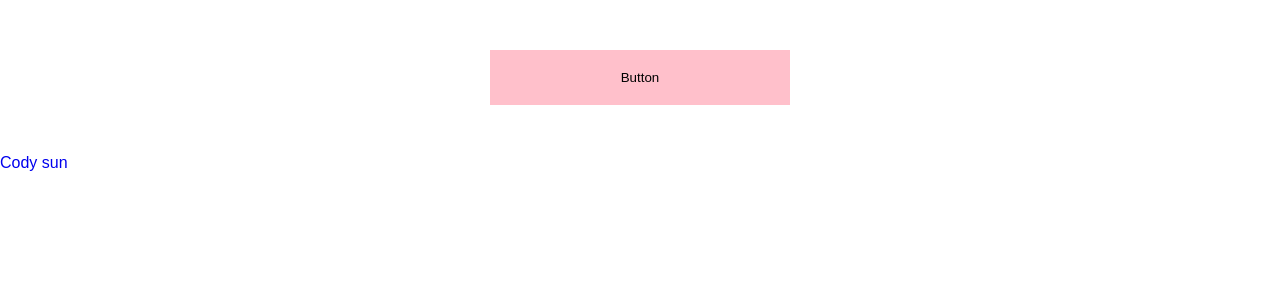
Repository: codysun1912/Javascript-coures
Page: index.html
The author's editor kept a copy of each file at every save. The page is drawn from the files as they stood at one save, then again after the next save.
The browser window is 1280 px wide. The pictures show the whole page.

Above is the page before, as saved 2022-02-25 13:59:13.

### index.html
<!DOCTYPE html>
<html lang="en">
<head>
    <meta charset="UTF-8">
    <meta http-equiv="X-UA-Compatible" content="IE=edge">
    <meta name="viewport" content="width=device-width, initial-scale=1.0">
    <title>Javascript</title>
    <link rel="stylesheet" href="./css/app.css">
    <!-- <link rel="stylesheet" href="./css/reset.css"> -->
</head>
<body>
    <button class = "button">
        <span>Button</span>
    </button>
    <a href="http://evondev.com" class ="link">Cody sun</a>
    <script src="./Event/click.js"></script>
</body>
</html>

### css/app.css
html {
    box-sizing: border-box;
  }
  * {
    margin: 0;
    padding: 0;
  }
  *,
  *:before,
  *:after {
    box-sizing: border-box;
  }
  input,
  textarea,
  select,
  button {
    outline: none;
  }
  input {
    line-height: normal;
  }
  label,
  button {
    cursor: pointer;
  }
  a {
    text-decoration: none;
  }
  img {
    display: block;
    max-width: 100%;
  }
  *,
  *:before,
  *:after {
    box-sizing: border-box;
  }
  /* using rem unit */
  html {
    font-size: 62.5%;
  }
  a {
    text-decoration: none;
  }
  img {
    display: block;
    max-width: 100%;
  }
  body {
    font-family: "Poppins", sans-serif;
    font-size: 16px;
    line-height: 1;
  }
  /* .menu {
    width: 300px;
    position: fixed;
    top: 0;
    right: 0;
    bottom: 0;
    box-shadow: rgba(100, 100, 111, 0.2) 0px 7px 29px 0px;
    list-style: none;
    transform: translateX(100%);
    transition: transform 0.25s linear;
  }
  .menu.is-show {
    transform: translateX(0);
  }
  .menu-link {
    display: block;
    padding: 20px 15px;
    color: #333;
    border-bottom: 1px solid #eee;
  }
  .boxed {
    width: 200px;
    height: 200px;
    padding: 20px;
    margin-left: 50px;
    border: 5px solid;
    border-top: 50px solid;
  } */
  /* Modal */
  .modal {
    position: fixed;
    top: 0;
    left: 0;
    width: 100%;
    height: 100%;
    background-color: rgba(0, 0, 0, 0.25);
    z-index: 1000;
    display: flex;
    align-items: center;
    justify-content: center;
    flex-direction: column;
    opacity: 0;
    visibility: hidden;
    transition: all 0.25s linear;
  }
  .modal.is-show {
    opacity: 1;
    visibility: visible;
  }
  .modal-content {
    max-width: 600px;
    padding: 50px;
    border-radius: 20px;
    background-color: white;
    position: relative;
  }
  .modal-close {
    position: absolute;
    top: 0;
    right: 0;
    width: 40px;
    height: 40px;
    display: flex;
    justify-content: center;
    align-items: center;
    background-color: #eee;
    border-radius: 50px;
    cursor: pointer;
    color: #999;
  }
  .modal-desc {
    font-size: 15px;
    font-weight: 300;
    text-align: center;
    line-height: 1.8;
    margin-bottom: 30px;
  }
  .modal-action {
    display: grid;
    grid-template-columns: 1fr 1fr;
    grid-gap: 0 20px;
  }
  .modal-summit,
  .modal-cancel {
    border: 0;
    font-family: "Poppins", sans-serif;
    font-size: 16px;
    padding: 20px 30px;
    border-radius: 10px;
    background-color: transparent;
    color: #999;
  }
  .modal-summit {
    background-color: #3d6ef7;
    color: white;
  }

.boxed{
  width:200px;
  height:200px;
  padding:20px;
  border:5px solid;
}

.button {
  padding:20px;
  color: black;
  background-color: pink;
  margin:50px auto;
  border:0;
  width:300px;
  display: block;
}

### Event/click.js
const button = document.querySelector(".button");
// const span = document.querySelector(".button span");
// function handleClick(){
//     console.log("click me");
// }
// //bubbling
// button.addEventListener("click",handleClick,{capture:true});
// span.addEventListener("click", function(e){
//     // e.stopPropagation();
//     e.stopImmediatePropagation();
//     console.log("Click span");
// },{capture:true});
// span.addEventListener("click", function(){
//     console.log("Click span2");
// },{capture:true})
// document.body.addEventListener("click", function(){
//     console.log("click body");

// },{capture:true});

// button.addEventListener("click", function(){
//     console.log(`envent.target : ${event.target}`);
//     console.log(`${event.currentTarget}`);
// })
 // event.target la chon dung noi bam
 //event.current

const link = document.querySelector(".link");
link.addEventListener("click",function(e){
    e.preventDefault();
    console.log("click");

})

After the next save:
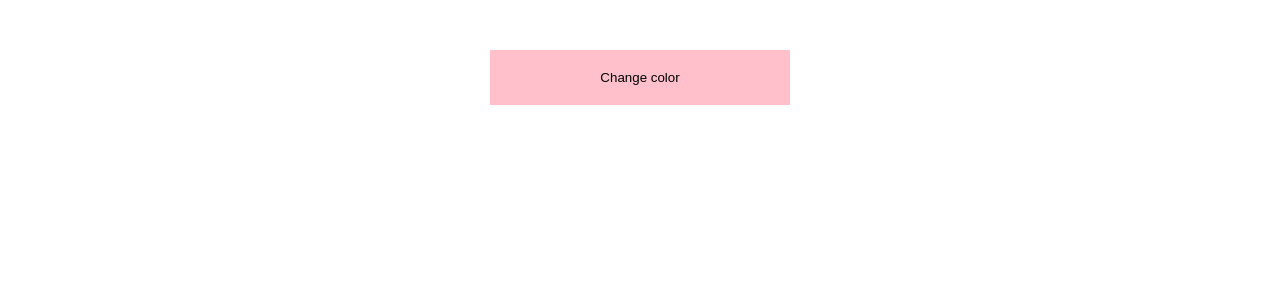
Console error: TypeError: Cannot read properties of null (reading 'addEventListener')
Saved 32 s later.
--- a/index.html
+++ b/index.html
@@ -10,9 +10,9 @@
 </head>
 <body>
     <button class = "button">
-        <span>Button</span>
+        Change color
     </button>
-    <a href="http://evondev.com" class ="link">Cody sun</a>
+
     <script src="./Event/click.js"></script>
 </body>
 </html>

After the 2 saves that followed:
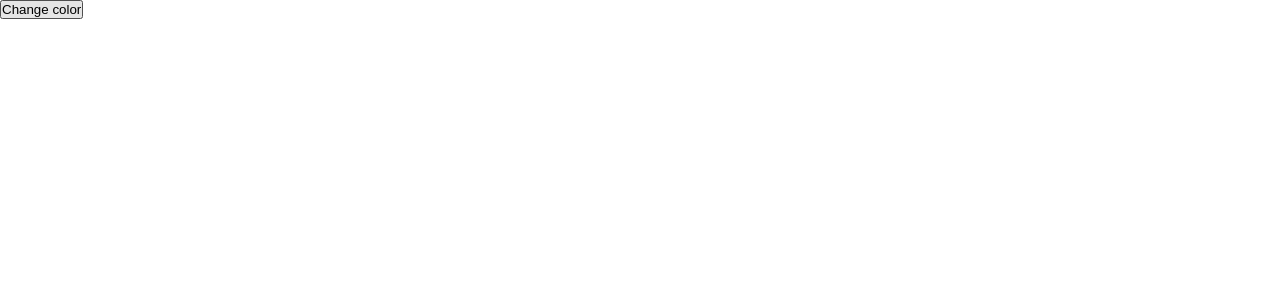
The error is gone.
The 2 saves are shown as one change because 1 left the picture as it was.
The last was saved 62 s later.
--- a/index.html
+++ b/index.html
@@ -9,7 +9,7 @@
     <!-- <link rel="stylesheet" href="./css/reset.css"> -->
 </head>
 <body>
-    <button class = "button">
+    <button class = "button-chane">
         Change color
     </button>
 
--- a/Event/click.js
+++ b/Event/click.js
@@ -25,9 +25,9 @@ const button = document.querySelector(".button");
  // event.target la chon dung noi bam
  //event.current
 
-const link = document.querySelector(".link");
-link.addEventListener("click",function(e){
-    e.preventDefault();
-    console.log("click");
+// const link = document.querySelector(".link");
+// link.addEventListener("click",function(e){
+//     e.preventDefault();
+//     console.log("click");
 
-})
+// })
